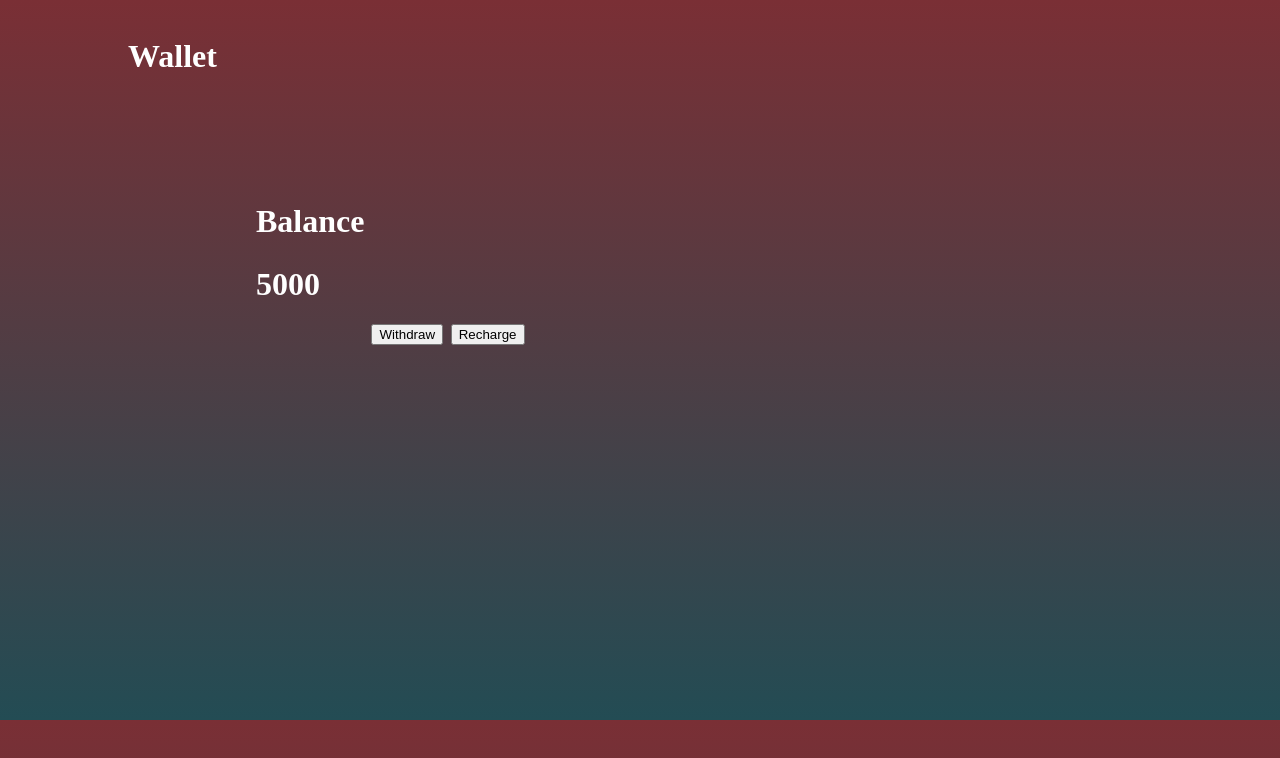
Repository: jagan607/N-Kalari
Page: /
The author's editor kept a copy of each file at every save. The page is drawn from the files as they stood at one save, then again after the next save.
The browser window is 1280 px wide. The pictures show the whole page.
The project was rebuilt for these pictures with package versions that can differ from the ones it lists, and the page was loaded fresh each time. Also part of the build but not shown: src/App.css, src/helpers/firebase.js, src/components/Login/Login.js.

Above is the page before, as saved 2022-01-07 17:24:45.

After the next save:
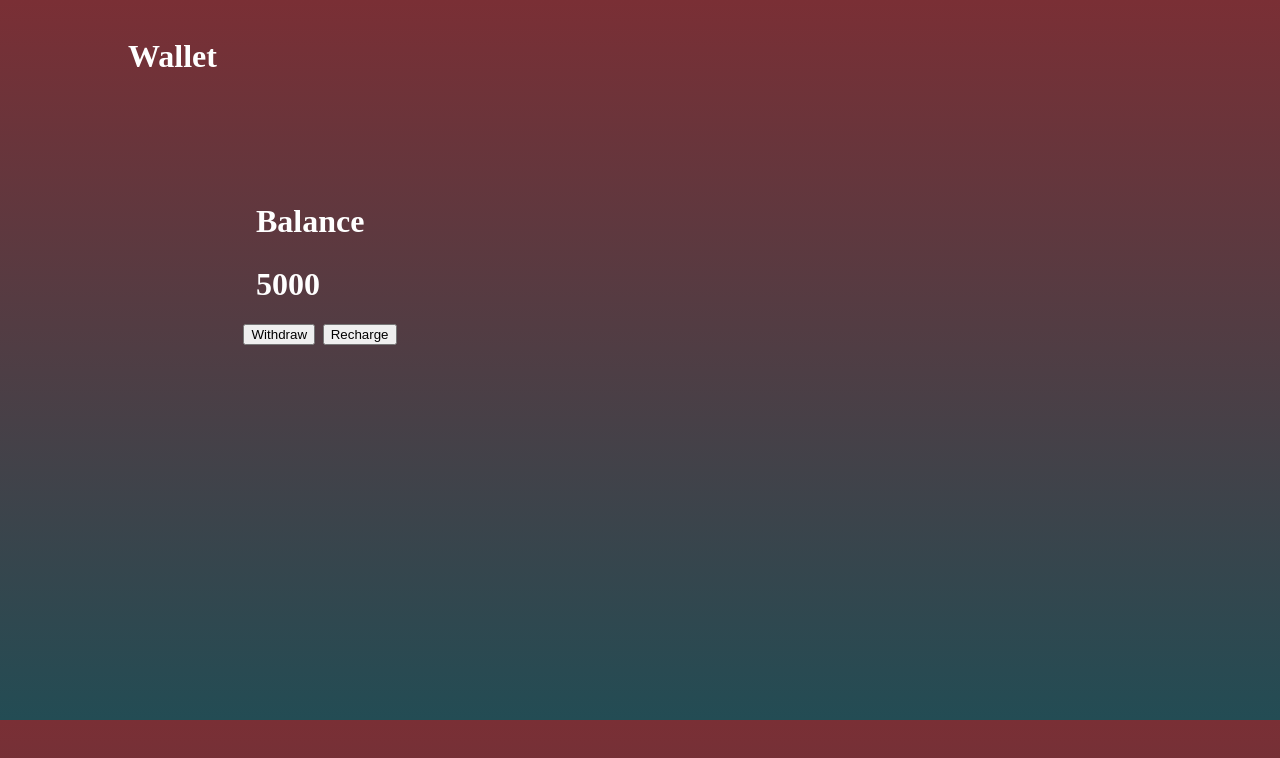
Saved 3 min 37 s later.
--- a/src/components/wallet/index.css
+++ b/src/components/wallet/index.css
@@ -22,7 +22,7 @@
 .buttons{
     width: 30%;
     float: left;
-    margin-left: 20%;
+    margin-left: 10%;
 }
 
 .withdraw{
